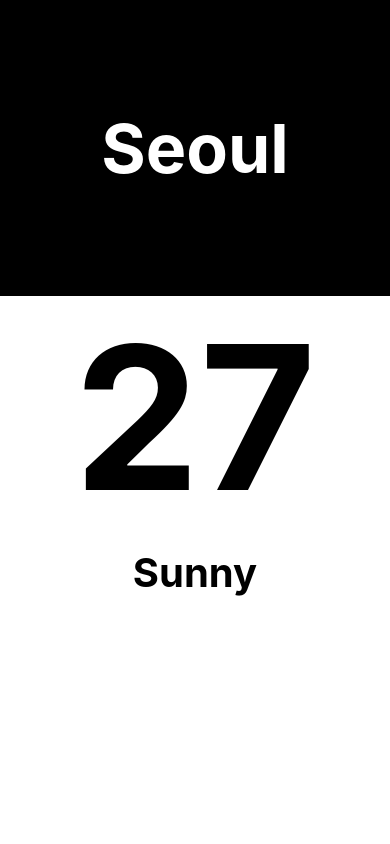
Repository: NewTurn2017/React-Native-Weather-App
Screen: /
These files come from the project's save history. The screen is drawn as it stood at one moment and after the next save; the edit follows.
The app was drawn by React Native's web renderer in a window 390 px wide. The project was rebuilt for these pictures with package versions that can differ from the ones it lists, and the page was loaded fresh each time.

Above is the screen before, as saved 2023-04-21 11:57:37.

### App.js
import { StatusBar } from 'expo-status-bar'
import { View, Text, StyleSheet, ScrollView, Dimensions } from 'react-native'
const { width: SCREEN_WIDTH } = Dimensions.get('window')

export default function App() {
  return (
    <View style={styles.container}>
      <StatusBar style="light" />
      <View style={styles.city}>
        <Text style={styles.cityName}>Seoul</Text>
      </View>

      <ScrollView pagingEnabled horizontal style={styles.weather}>
        <View style={styles.day}>
          <Text style={styles.temp}>27</Text>
          <Text style={styles.description}>Sunny</Text>
        </View>
        <View style={styles.day}>
          <Text style={styles.temp}>27</Text>
          <Text style={styles.description}>Sunny</Text>
        </View>
        <View style={styles.day}>
          <Text style={styles.temp}>27</Text>
          <Text style={styles.description}>Sunny</Text>
        </View>
        <View style={styles.day}>
          <Text style={styles.temp}>27</Text>
          <Text style={styles.description}>Sunny</Text>
        </View>
        <View style={styles.day}>
          <Text style={styles.temp}>27</Text>
          <Text style={styles.description}>Sunny</Text>
        </View>
      </ScrollView>
    </View>
  )
}
const styles = StyleSheet.create({
  container: {
    flex: 1,
    backgroundColor: 'black',
  },
  cityName: {
    color: 'white',
    fontSize: 68,
    fontWeight: 'bold',
  },
  city: {
    flex: 1.2,
    backgroundColor: 'black',
    alignItems: 'center',
    justifyContent: 'center',
  },
  weather: {
    backgroundColor: 'white',
  },
  day: {
    width: SCREEN_WIDTH,
    alignItems: 'center',
  },
  temp: {
    color: 'black',
    fontSize: 200,
    fontWeight: 'bold',
  },
  description: {
    color: 'black',
    fontSize: 40,
    fontWeight: 'bold',
    marginTop: 10, // Add marginTop to reduce the gap between temp and description
  },
})

After the next save:
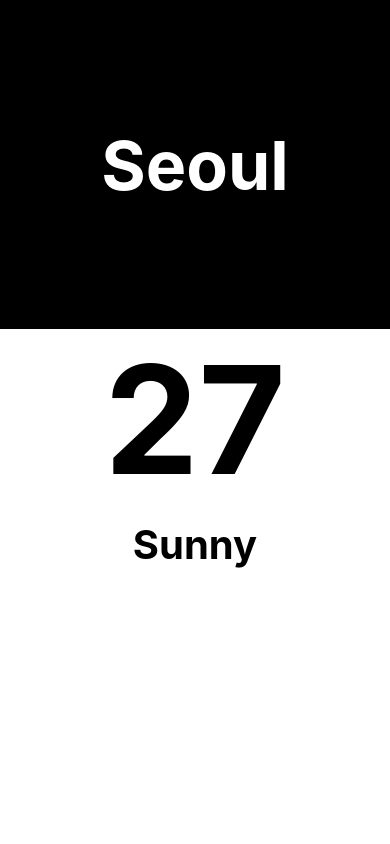
Saved 5 s later.
--- a/App.js
+++ b/App.js
@@ -60,7 +60,7 @@ const styles = StyleSheet.create({
   },
   temp: {
     color: 'black',
-    fontSize: 200,
+    fontSize: 150,
     fontWeight: 'bold',
   },
   description: {
